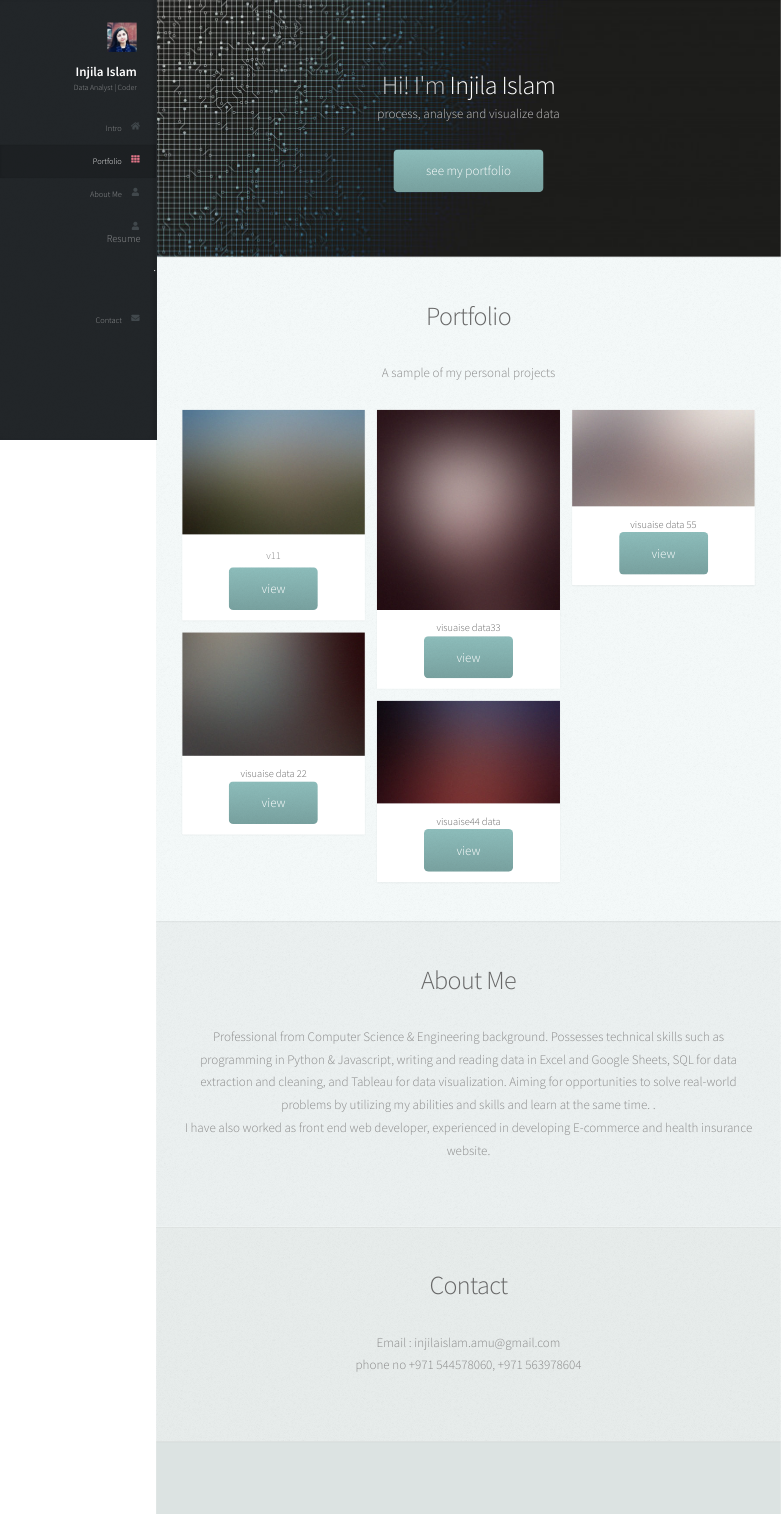
Repository: IslamInjila/new_portfolio
Page: index.html
These files come from the project's save history. The page is drawn as it stood at one moment and after the next save; the edit follows.
The browser window is 1280 px wide. The pictures show the whole page, at 61% of full size.

Above is the page before, as saved 2021-03-06 19:55:16.
Console error (its wording comes from the project's code and is left out).

After the next save:
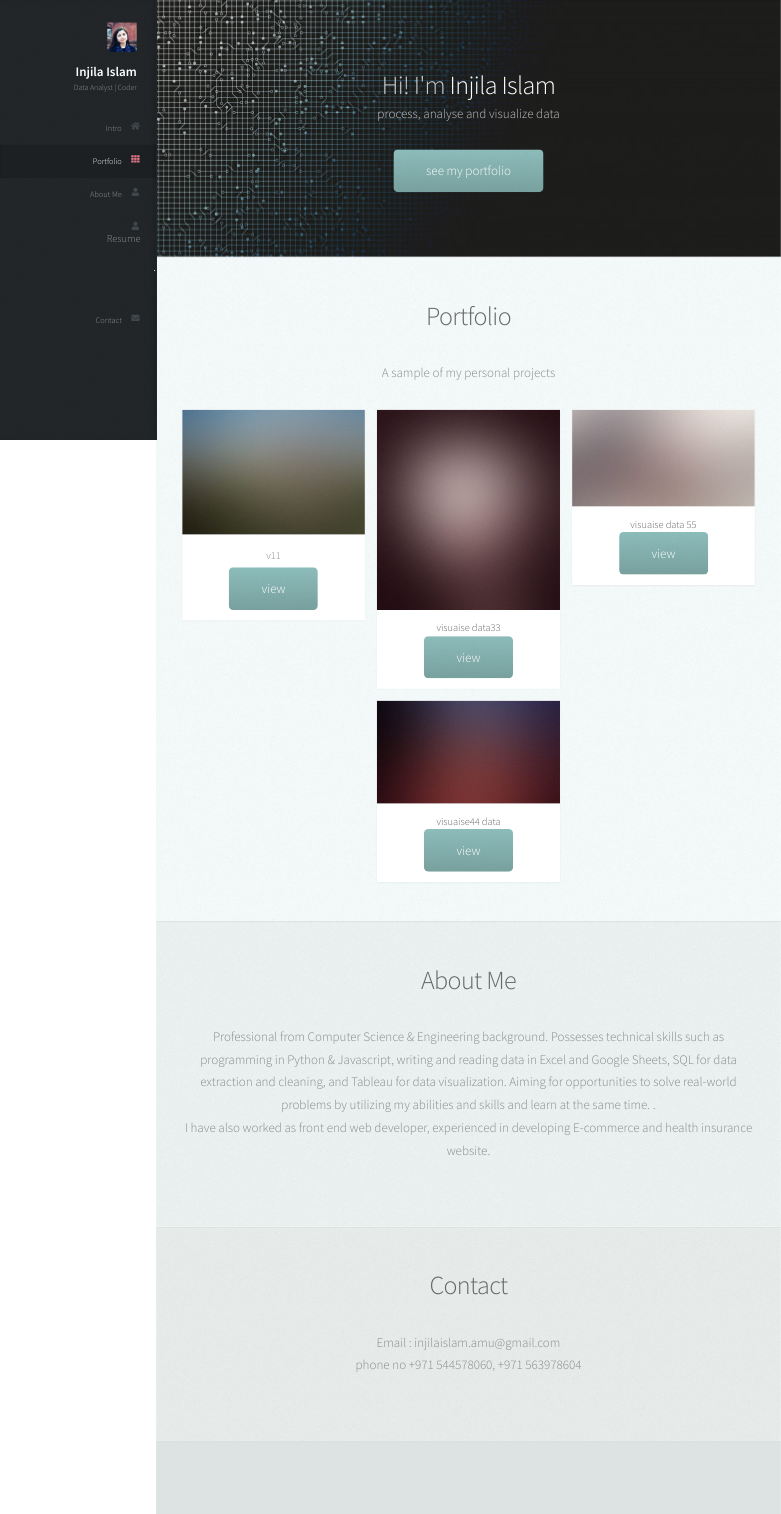
Saved 4 s later.
--- a/index.html
+++ b/index.html
@@ -108,14 +108,14 @@
 									</article>
 
 									<article class="item">
-										<a href="#" class="image fit"><img src="images/pic03.jpg" alt="" /></a>
+										<!-- <a href="#" class="image fit"><img src="images/pic03.jpg" alt="" /></a>
 										<header>
 											<h5>visuaise data 22</h5>
 											<input type="button" class="nine" width="100" height="132" onclick='window.open("http://www.foracure.org.au");return false;'
 												target="_blank" value="view"
 												/>
 
-										</header>
+										</header> -->
 									</article>
 								</div>
 								<div class="col-4 col-12-mobile">
